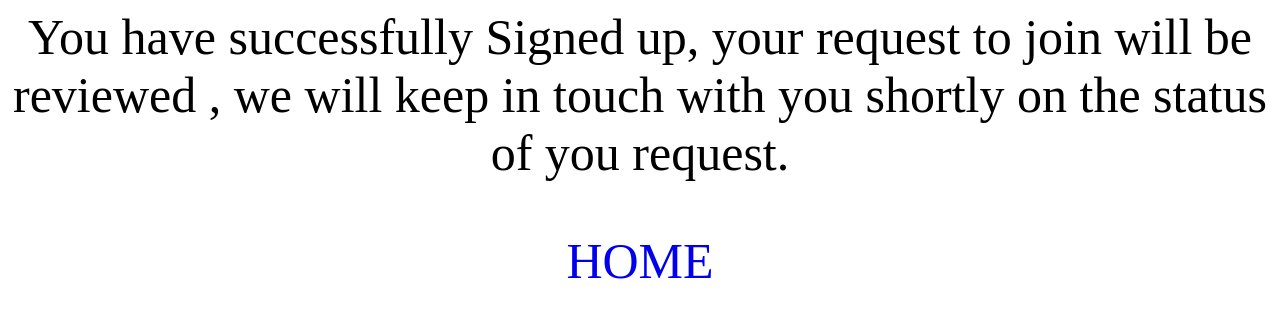
Repository: lorna-k/Workspace
Page: Alumni/Alumni-2/WebContent/signedup.html
An editor plug-in stored every save of this project. The page is shown before and after the next save, followed by the edit.
The browser window is 1280 px wide. The pictures show the whole page.
Some web fonts or font styles are not loaded; a fallback is used.

Above is the page before, as saved 2016-09-15 08:40:02.

After the next save:
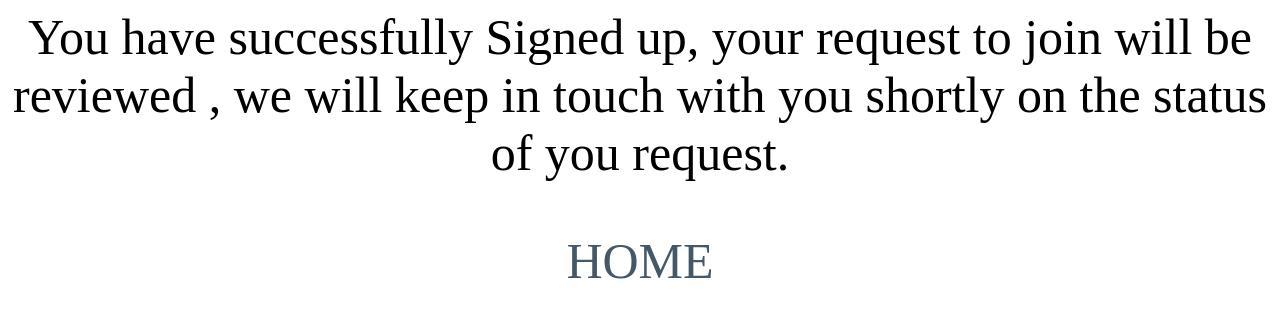
Saved 41 s later.
--- a/Alumni/Alumni-2/WebContent/signedup.html
+++ b/Alumni/Alumni-2/WebContent/signedup.html
@@ -9,10 +9,11 @@
 	a
 	{
 		text-decoration: none;
+		color:#455868;
 	}
 	a:hover
 	{
-		color:#455868;
+		color:blue;
 	}
 
 </style>

After the save that followed:
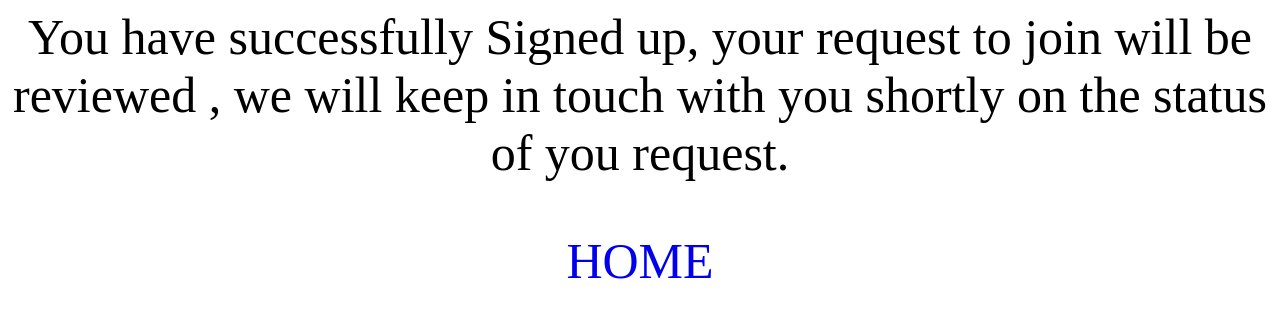
Saved 68 s later.
--- a/Alumni/Alumni-2/WebContent/signedup.html
+++ b/Alumni/Alumni-2/WebContent/signedup.html
@@ -9,7 +9,7 @@
 	a
 	{
 		text-decoration: none;
-		color:#455868;
+		text-color:#455868;
 	}
 	a:hover
 	{
